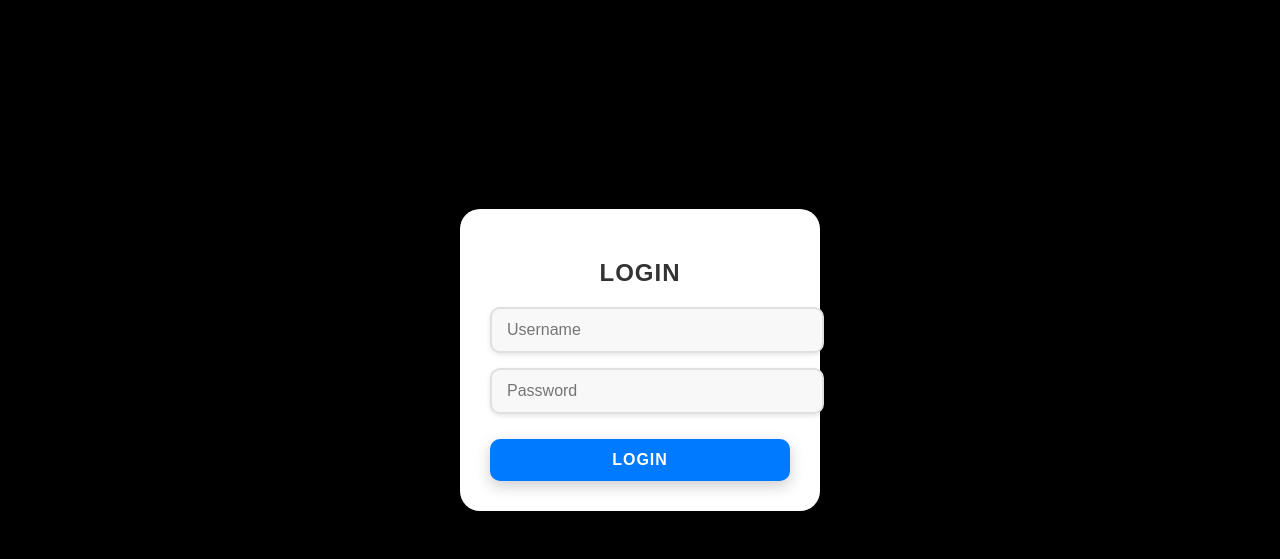
Repository: mdmisri/needy-talk
Page: /login (app in frontend/talk-d1/)
The author's editor kept a copy of each file at every save. The page is drawn from the files as they stood at one save, then again after the next save.
The browser window is 1280 px wide. The pictures show the whole page.
The page's requests for data from a server got no answer. The project was rebuilt for these pictures with package versions that can differ from the ones it lists, and the page was loaded fresh each time. No one was signed in, and anything a server would have sent is missing. Also part of the build but not shown: frontend/talk-d1/src/components/Register/Register.js, frontend/talk-d1/src/conversationUtils.js, frontend/talk-d1/src/hooks/useConversation.js, frontend/talk-d1/src/components/Chat/styles/Message.css, frontend/talk-d1/src/components/Chat/Message.js, frontend/talk-d1/src/components/Chat/ChatBox.js, frontend/talk-d1/src/components/Chat/AdminChatBox.js, frontend/talk-d1/src/components/Chat/AdminSelection.js and 1 more.

Above is the page before, as saved 2024-07-31 01:58:49.

### frontend/talk-d1/public/index.html
<!DOCTYPE html>
<html lang="en">
  <head>
    <meta charset="utf-8" />
    <link rel="icon" href="%PUBLIC_URL%/favicon.ico" />
    <meta name="viewport" content="width=device-width, initial-scale=1" />
    <meta name="theme-color" content="#000000" />
    <meta
      name="description"
      content="Web site created using create-react-app"
    />
    <link rel="stylesheet" href="https://cdnjs.cloudflare.com/ajax/libs/font-awesome/6.0.0-beta3/css/all.min.css" integrity="sha512-5+AbuZZQn05E11w0BqO1D+efLPiYW/j9NPtG7MZhvxXlBjsV3CSCTG3kKmrRh5V7sFDR5ChauD7F1VRr8Dy/8Q==" crossorigin="anonymous" referrerpolicy="no-referrer" />
    <link rel="apple-touch-icon" href="%PUBLIC_URL%/logo192.png" />
    <!--
      manifest.json provides metadata used when your web app is installed on a
      user's mobile device or desktop. See https://developers.google.com/web/fundamentals/web-app-manifest/
    -->
    <link rel="manifest" href="%PUBLIC_URL%/manifest.json" />
    <!--
      Notice the use of %PUBLIC_URL% in the tags above.
      It will be replaced with the URL of the `public` folder during the build.
      Only files inside the `public` folder can be referenced from the HTML.

      Unlike "/favicon.ico" or "favicon.ico", "%PUBLIC_URL%/favicon.ico" will
      work correctly both with client-side routing and a non-root public URL.
      Learn how to configure a non-root public URL by running `npm run build`.
    -->
    <title>React App</title>
  </head>
  <body>
    <noscript>You need to enable JavaScript to run this app.</noscript>
    <div id="root"></div>
    <!--
      This HTML file is a template.
      If you open it directly in the browser, you will see an empty page.

      You can add webfonts, meta tags, or analytics to this file.
      The build step will place the bundled scripts into the <body> tag.

      To begin the development, run `npm start` or `yarn start`.
      To create a production bundle, use `npm run build` or `yarn build`.
    -->
  </body>
</html>

### frontend/talk-d1/src/index.js
import React from 'react';
import ReactDOM from 'react-dom/client';
import './index.css';
import App from './App';
import { BrowserRouter } from 'react-router-dom';

const root = ReactDOM.createRoot(document.getElementById('root'));
root.render(
  <React.StrictMode>
    <BrowserRouter>
    <App />
    </BrowserRouter>
  </React.StrictMode>
);

// If you want to start measuring performance in your app, pass a function
// to log results (for example: reportWebVitals(console.log))
// or send to an analytics endpoint. Learn more: https://bit.ly/CRA-vitals

### frontend/talk-d1/src/App.js
import React, { useState, useEffect } from 'react';
import { Routes, Route, useNavigate } from 'react-router-dom';
import Login from './components/Login/Login';
import Register from './components/Register/Register';
import ChatBox from './components/Chat/ChatBox';
import AdminChatBox from './components/Chat/AdminChatBox';
import ChatStart from './components/Chat/ChatStart';
import AdminSelection from './components/Chat/AdminSelection';
import socket from './components/Chat/socket';

const App = () => {
    const [user, setUser] = useState(null);
    const [username, setUsername] = useState('');
    const [isAdmin, setIsAdmin] = useState(false);
    const [adminUsername, setAdminUsername] = useState(null);
    const [redirectToChat, setRedirectToChat] = useState(false);
    const navigate = useNavigate();

    useEffect(() => {
        const handleBeforeUnload = () => {
            if (username) {
                socket.emit('userOffline', username);
            }
        };

        window.addEventListener('beforeunload', handleBeforeUnload);

        return () => {
            window.removeEventListener('beforeunload', handleBeforeUnload);
        };
    }, [username]);

    useEffect(() => {
        if (user) {
            if (isAdmin) {
                navigate('/admin-chat');
            } else if (redirectToChat) {
                navigate(`/chat/${adminUsername}`);
            } else {
                navigate('/home');
            }
        }
    }, [user, isAdmin, redirectToChat, adminUsername, navigate]);

    const handleLogout = () => {
        socket.emit('userOffline', username);
        setUser(null);
        setUsername('');
        setIsAdmin(false);
        setAdminUsername(null);
        setRedirectToChat(false);
        navigate('/login');
    };

    const handleAdminSelection = (selectedAdminUsername) => {
        setAdminUsername(selectedAdminUsername);
        setRedirectToChat(true);
    };

    return (
        <div>
            <Routes>
                <Route path="/login" element={<Login setUser={setUser} setUsername={setUsername} setIsAdmin={setIsAdmin} />} />
                <Route path="/register" element={<Register />} />
                {/* Route for admin selection */}
                <Route path="/home" element={!isAdmin ? <ChatStart username={username} onAdminSelect={handleAdminSelection} /> : <AdminChatBox adminUsername={username} handleAdminSelection={handleAdminSelection} />} />
                {/* Route for admin chat box */}
                <Route path="/admin-chat" element={<AdminChatBox adminUsername={username} handleAdminSelection={handleAdminSelection} />} />
                {/* Route for user chat box */}
                <Route path="/chat/:receiverUsername" element={<ChatBox senderUsername={username} />} />
            </Routes>
            {user && <button onClick={handleLogout}>Logout</button>}
        </div>
    );
};

export default App;

### frontend/talk-d1/src/components/Login/Login.js
import React, { useState } from 'react';
import axios from 'axios';
import { useNavigate } from 'react-router-dom';
import socket from '../Chat/socket';
import './Login.css';

const Login = ({ setUser, setUsername, setIsAdmin, setAdminUsername }) => {
    const [username, setUsernameInput] = useState('');
    const [password, setPassword] = useState('');
    const [error, setError] = useState('');
    const navigate = useNavigate();

    const handleLogin = async (e) => {
        e.preventDefault();
        try {
            const response = await axios.post('http://localhost:3010/api/auth/login', {
                username,
                password,
            });

            const userData = response.data;
            setUser(userData);
            setUsername(username);
            setIsAdmin(userData.isAdmin);

            if (userData.isAdmin) {
                setAdminUsername(username); // Set the admin username
            }

            socket.emit('userOnline', username);
            navigate('/home');
        } catch (err) {
            setError('Invalid credentials');
        }
    };

    return (
        <div className="login-container">
            <h2>Login</h2>
            {error && <p className="error">{error}</p>}
            <form onSubmit={handleLogin}>
                <input
                    type="text"
                    value={username}
                    onChange={(e) => setUsernameInput(e.target.value)}
                    placeholder="Username"
                    required
                />
                <input
                    type="password"
                    value={password}
                    onChange={(e) => setPassword(e.target.value)}
                    placeholder="Password"
                    required
                />
                <button type="submit">Login</button>
            </form>
        </div>
    );
};

export default Login;

### frontend/talk-d1/src/components/Chat/socket.js
// socket.js
import io from 'socket.io-client';

const socket = io('http://localhost:3010');

export default socket;

### frontend/talk-d1/src/components/Login/Login.css
body, html {
    margin: 0;
    padding: 0;
    height: 100%;
    background-color: #000000; /* Set the background color to black */
    display: flex;
    justify-content: center;
    align-items: center;
    font-family: 'Arial', sans-serif;
}

.login-container {
    width: 340px;
    padding: 40px;
    background: linear-gradient(145deg, #ffffff, #f0f0f0);
    box-shadow: 0 0 30px rgba(255, 255, 255, 0.1);
    border-radius: 15px;
    text-align: center;
}

.login-container h2 {
    margin-bottom: 30px;
    color: #333;
    font-size: 28px;
    font-weight: 600;
    text-transform: uppercase;
    letter-spacing: 1px;
}

.login-container input[type="text"],
.login-container input[type="password"] {
    width: calc(100% - 40px); /* Adjust width to account for padding */
    margin-bottom: 20px;
    padding: 12px 20px; /* Adjust padding for better spacing */
    border: 1px solid #ccc; /* Add a subtle border */
    border-radius: 8px; /* Less rounded for a more modern look */
    background: #f9f9f9;
    box-shadow: 0 2px 5px rgba(0, 0, 0, 0.1); /* Subtle outer shadow */
    font-size: 16px;
    transition: all 0.3s ease;
    outline: none; /* Remove default outline */
}

.login-container input[type="text"]:focus,
.login-container input[type="password"]:focus {
    border-color: #007BFF; /* Highlight border color on focus */
    box-shadow: 0 0 5px rgba(0, 123, 255, 0.5); /* Add glow effect on focus */
    background: #fff; /* Ensure background is clear on focus */

}

.login-container button {
    width: 100%;
    padding: 15px;
    background: linear-gradient(145deg, #007bff, #0056b3);
    color: #fff;
    border: none;
    border-radius: 50px;
    cursor: pointer;
    font-size: 18px;
    font-weight: 600;
    text-transform: uppercase;
    letter-spacing: 1px;
    transition: all 0.3s ease;
    box-shadow: 0 5px 15px rgba(0, 0, 0, 0.2);
}

.login-container button:hover {
    background: linear-gradient(145deg, #0056b3, #004494);
    transform: translateY(-3px);
    box-shadow: 7px 7px 15px #d9d9d9, -7px -7px 15px #ffffff;
}

.login-container button:active {
    transform: translateY(0);
    box-shadow: 3px 3px 5px #d9d9d9, -3px -3px 5px #ffffff;
}

### frontend/talk-d1/src/components/Register/Register.css
body, html {
    margin: 0;
    padding: 0;
    height: 100%;
    background-color: #000000;
    display: flex;
    justify-content: center;
    align-items: center;
    font-family: 'Arial', sans-serif;
}

.form-container {
    width: 340px;
    padding: 40px;
    background: linear-gradient(145deg, #ffffff, #f0f0f0);
    box-shadow: 0 0 30px rgba(255, 255, 255, 0.1);
    border-radius: 15px;
    text-align: center;
}

.form-container h2 {
    margin-bottom: 30px;
    color: #333;
    font-size: 28px;
    font-weight: 600;
    text-transform: uppercase;
    letter-spacing: 1px;
}

.form-container input[type="text"],
.form-container input[type="password"],
.form-container input[type="email"] {
    width: 100%;
    margin-bottom: 20px;
    padding: 12px 20px;
    border: 1px solid #ccc;
    border-radius: 8px;
    background: #f9f9f9;
    box-shadow: 0 2px 5px rgba(0, 0, 0, 0.1);
    font-size: 16px;
    transition: all 0.3s ease;
    outline: none;
    box-sizing: border-box;
}

.form-container input[type="text"]:focus,
.form-container input[type="password"]:focus,
.form-container input[type="email"]:focus {
    border-color: #007BFF;
    box-shadow: 0 0 5px rgba(0, 123, 255, 0.5);
    background: #fff;
}

.form-container .password-container {
    position: relative;
    width: 100%;
    margin-bottom: 20px;
}

.form-container .password-container input[type="password"],
.form-container .password-container input[type="text"] {
    width: 100%;
    padding-right: 40px;
}

.form-container .password-toggle-icon {
    position: absolute;
    right: 15px;
    top: 35%;
    transform: translateY(-50%);
    cursor: pointer;
    color: #333;
    transition: color 0.3s ease;
}

.form-container .password-toggle-icon:hover {
    color: #007BFF;
}

.password-requirement {
    position: absolute;
    bottom: -25px; /* Adjust this value if needed */
    left: 0;
    width: 100%;
    text-align: left;
    font-size: 12px;
    color: #ff0000;
    margin-top: 5px;
    box-sizing: border-box;
}

/* .form-container .checkbox-container {
    display: flex;
    align-items: center;
    justify-content: flex-start;
    margin-bottom: 20px;
    font-size: 16px;
}

.form-container .checkbox-container input[type="checkbox"] {
    margin-right: 10px;
    cursor: pointer;
}

.admin-text {
    color: #333;
} */

.already-user {
    margin-top: 20px;
    font-size: 14px;
    color: #333;
}

.already-user a {
    color: #007BFF;
    text-decoration: none;
}

.already-user a:hover {
    text-decoration: underline;
}

.form-container button {
    width: 100%;
    padding: 15px;
    background: linear-gradient(145deg, #007bff, #0056b3);
    color: #fff;
    border: none;
    border-radius: 50px;
    cursor: pointer;
    font-size: 18px;
    font-weight: 600;
    text-transform: uppercase;
    letter-spacing: 1px;
    transition: all 0.3s ease;
    box-shadow: 0 5px 15px rgba(0, 0, 0, 0.2);
    margin-top: 20px;
}

.form-container button:hover {
    background: linear-gradient(145deg, #0056b3, #004494);
    transform: translateY(-3px);
    box-shadow: 0 7px 20px rgba(0, 0, 0, 0.3);
}

.form-container button:active {
    transform: translateY(0);
    box-shadow: 0 3px 10px rgba(0, 0, 0, 0.2);
}

### frontend/talk-d1/src/components/Chat/styles/ChatBox.css
.chatbox {
    display: flex;
    flex-direction: column;
    height: 100vh;
    width: 400px;
    position: fixed; /* Fixed position */
    bottom: 0; /* Align to the bottom of the viewport */
    right: 0; /* Align to the right of the viewport */
    border: none; /* Removed border for a cleaner look */
    border-radius: 12px;
    box-shadow: 0 4px 20px rgba(0, 0, 0, 0.1);
    background-color: #ffffff; /* Changed to pure white for a cleaner design */
    overflow: hidden;
    font-family: 'Segoe UI', Tahoma, Geneva, Verdana, sans-serif; /* Updated font for modern feel */
}

.messages {
    flex: 1;
    padding: 20px;
    overflow-y: auto;
    background-color: #f9f9f9; /* Slightly off-white for contrast */
    border-top-left-radius: 12px;
    border-top-right-radius: 12px;
}

.messages div {
    margin-bottom: 12px;
    padding: 12px 16px;
    border-radius: 20px; /* More rounded corners */
    max-width: 75%;
    line-height: 1.5; /* Improved line height for readability */
    font-size: 15px; /* Slightly larger font size */
    transition: background-color 0.3s; /* Smooth background transition */
}

.sent {
    align-self: flex-end;
    background-color: #e1f5fe; /* Light blue for sent messages */
    color: #333;
}

.received {
    align-self: flex-start;
    background-color: #ffffff; /* White background for received messages */
    border: 1px solid #e0e0e0;
    color: #333;
}

.input-container {
    display: flex;
    padding: 10px;
    border-top: 1px solid #e0e0e0;
    background-color: #ffffff;
    box-shadow: 0 -2px 4px rgba(0, 0, 0, 0.1);
}

input {
    flex: 1;
    padding: 12px 20px;
    border: 2px solid #e0e0e0; /* Thicker border for input */
    border-radius: 25px;
    font-size: 15px; /* Increased font size */
    margin-right: 10px;
    box-shadow: inset 0 2px 4px rgba(0, 0, 0, 0.05);
    transition: border-color 0.3s, box-shadow 0.3s; /* Added transition for shadow */
}

input:focus {
    outline: none;
    border-color: #007bff; /* Blue border on focus */
    box-shadow: 0 0 5px rgba(0, 123, 255, 0.5);
}

button {
    padding: 12px 20px;
    border: none;
    border-radius: 25px; /* Added border-radius for button */
    background-color: #007bff; /* Blue background for button */
    color: #ffffff; /* White text for button */
    font-size: 15px; /* Increased font size */
    cursor: pointer;
    transition: background-color 0.3s; /* Smooth background transition */
}

button:hover {
    background-color: #0056b3; /* Darker blue on hover */
}

### frontend/talk-d1/src/components/Chat/styles/AdminChatBox.css
/* Container for the login form */
.login-container {
    max-width: 300px;
    margin: 50px auto;
    padding: 30px;
    background: #ffffff;
    border-radius: 20px;
    box-shadow: 0 10px 30px rgba(0, 0, 0, 0.1);
    text-align: center;
}

/* Heading for the login form */
.login-container h2 {
    margin-bottom: 20px;
    color: #333;
    font-size: 24px;
    font-weight: 700;
}

/* Error message styling */
.login-container .error {
    color: #ff3e3e;
    margin-bottom: 15px;
    font-size: 14px;
    font-weight: 500;
}

/* Input fields for username and password */
.login-container input[type="text"],
.login-container input[type="password"] {
    width: 100%;
    margin-bottom: 15px;
    padding: 12px 15px;
    border: 2px solid #e0e0e0;
    border-radius: 10px;
    background: #f8f8f8;
    font-size: 16px;
    transition: all 0.3s ease;
}

/* Focus state for input fields */
.login-container input[type="text"]:focus,
.login-container input[type="password"]:focus {
    outline: none;
    border-color: #007bff;
    background: #ffffff;
    box-shadow: 0 0 0 5px rgba(0, 123, 255, 0.1);
}

/* Button styling */
.login-container button {
    width: 100%;
    padding: 12px;
    background: #007bff;
    color: #fff;
    border: none;
    border-radius: 10px;
    cursor: pointer;
    font-size: 16px;
    font-weight: 600;
    text-transform: uppercase;
    letter-spacing: 1px;
    transition: all 0.3s ease;
    margin-top: 10px;
}

/* Hover state for button */
.login-container button:hover {
    background: #0056b3;
    transform: translateY(-3px);
    box-shadow: 0 5px 15px rgba(0, 86, 179, 0.3);
}

/* Active state for button */
.login-container button:active {
    transform: translateY(0);
    box-shadow: none;
}

/* Responsive design for smaller screens */
@media (max-width: 480px) {
    .login-container {
        padding: 20px;
    }
}

/* AdminChatBox.css */
.admin-chat-container {
    display: flex;
    height: 100vh; /* Full viewport height */
    width: 100vw; /* Full viewport width */
    font-family: Arial, sans-serif;
    overflow: hidden;
    background-color: #f0f0f0; /* Light background for contrast */
    box-sizing: border-box; /* Ensure padding and border are included in the element's total width and height */
}

.user-tabs {
    width: 250px; /* Fixed width for the tabs */
    background-color: #e0e0e0;
    border-right: 1px solid #ccc;
    overflow-y: auto; /* Allow vertical scrolling */
    padding: 10px;
    flex-shrink: 0; /* Prevents shrinking */
    box-sizing: border-box; /* Ensure padding and border are included in the element's total width and height */
}

.user-tab {
    padding: 10px;
    cursor: pointer;
    display: flex;
    justify-content: space-between;
    align-items: center;
    border-radius: 5px;
    transition: background-color 0.3s ease;
    margin-bottom: 5px;
    background-color: #f5f5f5;
    color: #333; /* Dark text for contrast */
}

.user-tab:hover {
    background-color: #d0d0d0;
}

.user-tab.active {
    background-color: #007bff;
    color: white;
}

.chat-box {
    flex: 1; /* Take up remaining space */
    display: flex;
    flex-direction: column;
    padding: 10px;
    background-color: #fff;
    overflow: hidden; /* Prevent overflow */
    box-sizing: border-box; /* Ensure padding and border are included in the element's total width and height */
}

.messages {
    flex: 1; /* Take up remaining space in chat box */
    overflow-y: auto; /* Enable vertical scrolling for messages */
    padding: 10px;
    display: flex;
    flex-direction: column; /* Align messages to the bottom */
}

.typing-indicator {
    font-style: italic;
    color: #666;
    margin: 5px 0;
}

.input-area {
    display: flex; /* Flexbox for input and button */
    align-items: center; /* Center items vertically */
    padding: 10px; /* Add padding to input area */
    background-color: #fff; /* Ensure background color is consistent */
    border-top: 1px solid #ccc; /* Add a border on top */
    flex-shrink: 0; /* Prevent input area from shrinking */
    box-sizing: border-box; /* Ensure padding and border are included in the element's total width and height */
}

input[type="text"] {
    flex: 1; /* Allow input to take available space */
    padding: 10px;
    margin-right: 10px;
    border: 1px solid #ccc;
    border-radius: 5px;
    outline: none;
    transition: border-color 0.3s ease;
}

input[type="text"]:focus {
    border-color: #007bff; /* Change border color on focus */
}

button {
    padding: 10px 20px;
    background-color: #007bff;
    color: white;
    border: none;
    border-radius: 5px;
    cursor: pointer;
    transition: background-color 0.3s ease;
    white-space: nowrap;
}

button:hover {
    background-color: #0056b3; /* Darken button on hover */
}

/* Styles for the "Select a user to start chatting" message */
.chat-box > div {
    display: flex;
    justify-content: center; /* Centered message */
    align-items: center;
    height: 100%; /* Full height */
    font-size: 18px;
    color: #666;
}

/* Responsive Design */
@media (max-width: 768px) {
    .admin-chat-container {
        flex-direction: column; /* Stack vertically on smaller screens */
    }

    .user-tabs {
        width: 100%; /* Full width on mobile */
        height: 30vh; /* 30% height for user tabs */
        border-right: none;
        border-bottom: 1px solid #ccc; /* Border below tabs */
    }

    .chat-box {
        height: 70vh; /* 70% height for chat box */
    }

    .input-area {
        flex-direction: column; /* Stack input and button */
        padding: 0; /* Remove padding */
    }

    input[type="text"] {
        width: 100%; /* Full width on mobile */
        margin-right: 0; /* No margin right */
        margin-bottom: 10px; /* Margin below input */
        height: 50px;
    }

    button {
        width: 100%; /* Full width button */
    }
}

.message {
    margin-bottom: 10px;
    padding: 5px 10px;
    border-radius: 5px;
}

.message.admin {
    background-color: #e6f2ff; /* Light blue for admin messages */
    align-self: flex-end; /* Align admin messages to the right */
}

.message.user {
    background-color: #f0f0f0; /* Light gray for user messages */
    align-self: flex-start; /* Align user messages to the left */
}

### frontend/talk-d1/src/components/Chat/styles/AdminSelection.css
body, html {
    margin: 0;
    padding: 0;
    height: 100%;
    background-color: #000000; /* Set the background color to black */
    font-family: 'Arial', sans-serif;
    color: white; /* Set default text color to white */
}

.admin-selection-container {
    display: flex;
    flex-direction: column; /* Stack the heading above the cards */
    justify-content: center;
    align-items: center;
    height: 100vh;
    text-align: center; /* Center the heading text */
}

.admin-selection-container h2 {
    margin-bottom: 20px; /* Add some space below the heading */
    color: white; /* Ensure the heading text is white */
}

.cards-wrapper {
    display: flex; /* Display the cards in a row */
    justify-content: center; /* Center the cards horizontally */
}

.card {
    background-color: white; /* Set the background color of the card to white */
    color: black; /* Set the text color inside the card to black */
    margin: 10px 20px;
    padding: 20px;
    border: 1px solid #ccc;
    border-radius: 10px;
    text-align: center;
    cursor: pointer;
    transition: transform 0.2s;
}

.card:hover {
    transform: scale(1.05);
}

.card h3 {
    margin: 0;
    color: black; /* Ensure the card header text is black */
}

.card-icon {
    font-size: 40px;
    margin-bottom: 10px;
}

Loaded but not shown: frontend/talk-d1/src/index.css (no stored copy; drawn as an empty file)

After the next save:
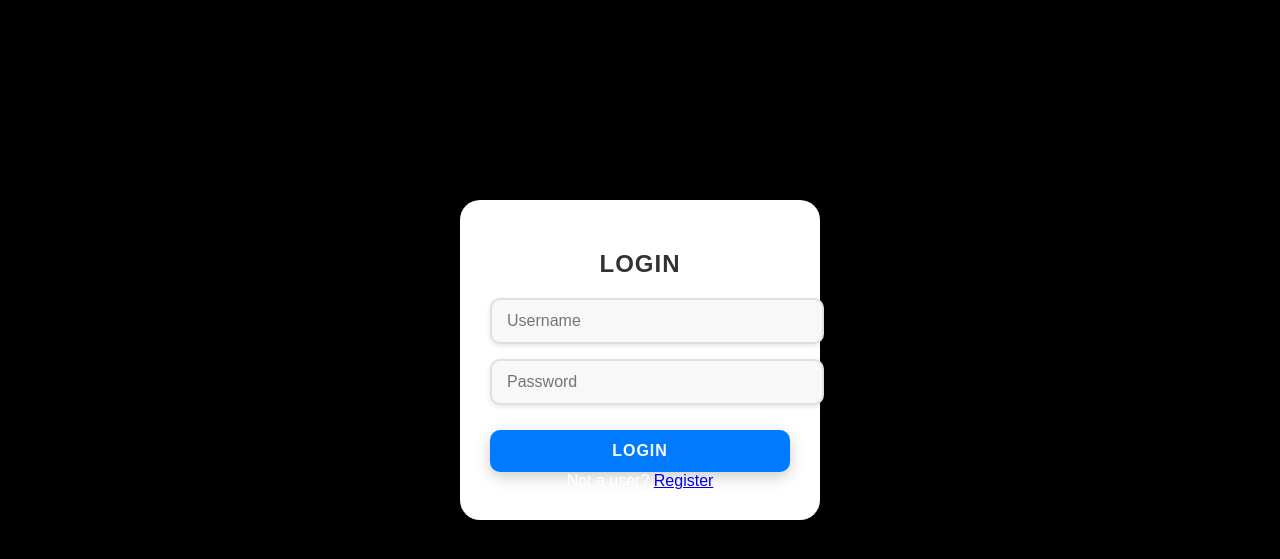
Saved 9 s later.
--- a/frontend/talk-d1/src/components/Login/Login.js
+++ b/frontend/talk-d1/src/components/Login/Login.js
@@ -1,6 +1,6 @@
 import React, { useState } from 'react';
 import axios from 'axios';
-import { useNavigate } from 'react-router-dom';
+import { useNavigate, Link } from 'react-router-dom';
 import socket from '../Chat/socket';
 import './Login.css';
 
@@ -55,6 +55,9 @@ const Login = ({ setUser, setUsername, setIsAdmin, setAdminUsername }) => {
                 />
                 <button type="submit">Login</button>
             </form>
+            <div className="not-a-user">
+                Not a user? <Link to="/register" className="register-link">Register</Link>
+            </div>
         </div>
     );
 };
